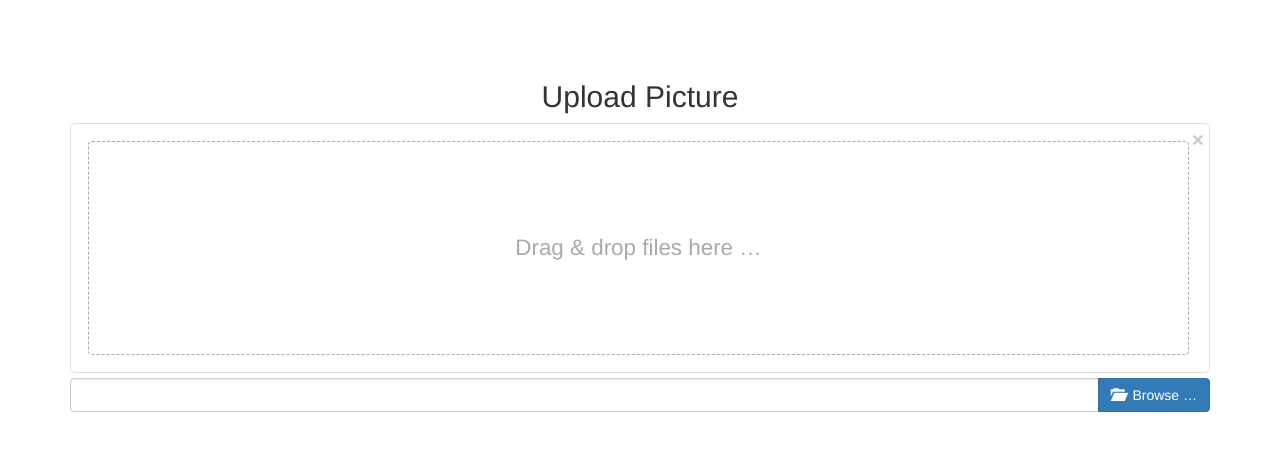
Repository: NeeleshPoojari/Project-2
Page: frontend_project2/WebContent/views/profilepicture.html
These files come from the project's save history. The page is drawn as it stood at one moment and after the next save; the edit follows.
The browser window is 1280 px wide. The pictures show the whole page.
Some web libraries are served in a nearby version.

Above is the page before, as saved 2017-07-16 18:49:01.
Console error (its wording comes from the project's code and is left out).

### frontend_project2/WebContent/views/profilepicture.html
<!DOCTYPE html>
<html>
<head>
<meta charset="ISO-8859-1">
<link
	href="https://maxcdn.bootstrapcdn.com/bootstrap/3.3.7/css/bootstrap.min.css"
	rel="stylesheet">
<script
	src="https://maxcdn.bootstrapcdn.com/bootstrap/3.3.7/js/bootstrap.min.js"
	type="text/javascript"></script>
<script
	src="http://ajax.googleapis.com/ajax/libs/jquery/2.1.1/jquery.min.js"></script>
<script src="https://code.jquery.com/jquery-2.2.1.min.js"></script>

<link href="css/fileinput.css" media="all" rel="stylesheet"
	type="text/css" />

<link href="themes/explorer/theme.css" media="all" rel="stylesheet"
	type="text/css" />


<script src="js/plugins/sortable.js" type="text/javascript"></script>
<script src="js/fileinput.js" type="text/javascript"></script>
<script src="themes/explorer/theme.js" type="text/javascript"></script>
<script
	src="http://ajax.googleapis.com/ajax/libs/jquery/2.1.1/jquery.min.js"></script>

<link
	href="https://maxcdn.bootstrapcdn.com/bootstrap/3.3.7/css/bootstrap.min.css"
	rel="stylesheet">

<script
	src="https://maxcdn.bootstrapcdn.com/bootstrap/3.3.7/js/bootstrap.min.js"
	type="text/javascript"></script>
<link
	href="https://maxcdn.bootstrapcdn.com/font-awesome/4.6.1/css/font-awesome.min.css"
	rel="stylesheet" />

<title>Insert title here</title>
</head>
<body>

     <h2 align="center" style="margin-top: 80px;">Upload Picture</h2>

	<div class="container kv-main">
		<div class="form-group">
			<input class="file" type="file" name="image"
				data-preview-file-type="any"
				data-upload-url="http://localhost:8080/backend_project2/uploadprofilepic">
		</div>
	</div>

</body>
</html>

### frontend_project2/WebContent/css/fileinput.css
/*!
 * bootstrap-fileinput v4.4.0
 * http://plugins.krajee.com/file-input
 *
 * Krajee default styling for bootstrap-fileinput.
 *
 * Author: Kartik Visweswaran
 * Copyright: 2014 - 2017, Kartik Visweswaran, Krajee.com
 *
 * Licensed under the BSD 3-Clause
 * https://github.com/kartik-v/bootstrap-fileinput/blob/master/LICENSE.md
 */
.file-loading {
    top: 0;
    right: 0;
    width: 25px;
    height: 25px;
    font-size: 999px;
    text-align: right;
    color: #fff;
    background: transparent url('../img/loading.gif') top left no-repeat;
    border: none;
}

.file-object {
    margin: 0 0 -5px 0;
    padding: 0;
}

.btn-file {
    position: relative;
    overflow: hidden;
}

.btn-file input[type=file] {
    position: absolute;
    top: 0;
    right: 0;
    min-width: 100%;
    min-height: 100%;
    text-align: right;
    opacity: 0;
    background: none repeat scroll 0 0 transparent;
    cursor: inherit;
    display: block;
}

.file-caption-name {
    display: inline-block;
    overflow: hidden;
    height: 20px;
    word-break: break-all;
}

.input-group-lg .file-caption-name {
    height: 25px;
}

.file-zoom-dialog {
    text-align: left;
}

.file-error-message {
    color: #a94442;
    background-color: #f2dede;
    margin: 5px;
    border: 1px solid #ebccd1;
    border-radius: 4px;
    padding: 15px;
}

.file-error-message pre, .file-error-message ul {
    margin: 0;
    text-align: left;
}

.file-error-message pre {
    margin: 5px 0;
}

.file-caption-disabled {
    background-color: #EEEEEE;
    cursor: not-allowed;
    opacity: 1;
}

.file-preview {
    border-radius: 5px;
    border: 1px solid #ddd;
    padding: 5px;
    width: 100%;
    margin-bottom: 5px;
}

.krajee-default.file-preview-frame {
    position: relative;
    display: table;
    margin: 8px;
    border: 1px solid #ddd;
    box-shadow: 1px 1px 5px 0 #a2958a;
    padding: 6px;
    float: left;
    text-align: center;
}

.krajee-default.file-preview-frame:not(.file-preview-error):hover {
    box-shadow: 3px 3px 5px 0 #333;
}

.krajee-default.file-preview-frame .kv-file-content {
    height: 170px;
}

.krajee-default.file-preview-frame .file-thumbnail-footer {
    height: 70px;
}

.krajee-default .file-preview-image {
    vertical-align: middle;
    image-orientation: from-image;
}

.krajee-default .file-preview-text {
    display: block;
    color: #428bca;
    border: 1px solid #ddd;
    font-family: Menlo, Monaco, Consolas, "Courier New", monospace;
    outline: none;
    padding: 8px;
    resize: none;
}

.krajee-default .file-preview-html {
    border: 1px solid #ddd;
    padding: 8px;
    overflow: auto;
}

.krajee-default[data-template="audio"] .file-preview-audio {
    display: table-cell;
    vertical-align: middle;
    height: 170px;
    border: 1px solid #ddd;
    border-radius: 5px;
}

.krajee-default .file-preview-audio audio {
    vertical-align: middle;
}

.krajee-default .file-zoom-dialog .file-preview-text {
    font-size: 1.2em;
}

.krajee-default .file-preview-other {
    left: 0;
    top: 0;
    right: 0;
    bottom: 0;
    margin: auto;
    text-align: center;
    vertical-align: middle;
    padding: 10px;
}

.krajee-default .file-preview-other:hover {
    opacity: 0.8;
}

.krajee-default .file-actions, .krajee-default .file-other-error {
    text-align: left;
}

.krajee-default .file-other-icon {
    font-size: 8em;
}

.krajee-default .file-actions {
    margin-top: 15px;
}

.krajee-default .file-footer-buttons {
    float: right;
}

.krajee-default .file-footer-caption {
    display: block;
    white-space: nowrap;
    overflow: hidden;
    text-overflow: ellipsis;
    width: 160px;
    text-align: center;
    padding-top: 4px;
    font-size: 11px;
    color: #777;
    margin: 5px auto;
}

.krajee-default .file-preview-error {
    opacity: 0.65;
    box-shadow: none;
}

.krajee-default .file-preview-frame:not(.file-preview-error) .file-footer-caption:hover {
    color: #000;
}

.krajee-default .file-drag-handle, .krajee-default .file-upload-indicator {
    position: absolute;
    text-align: center;
    bottom: -6px;
    left: -6px;
    padding: 8px 8px 1px 3px;
    border-left: none;
    border-bottom: none;
    border-right: 1px solid #8a6d3b;
    border-top: 1px solid #8a6d3b;
    border-top-right-radius: 24px;
    font-size: 12px;
}

.krajee-default .file-drag-handle {
    background-color: #d9edf7;
    border-color: #bce8f1;
}

.krajee-default .file-upload-indicator {
    font-size: 13px;
    background-color: #fcf8e3;
    border-color: #faebcc;
    padding-bottom: 0;
}

.krajee-default.file-preview-error .file-upload-indicator {
    background-color: #f2dede;
    border-color: #ebccd1;
}

.krajee-default.file-preview-success .file-upload-indicator {
    background-color: #dff0d8;
    border-color: #d6e9c6;
}

.krajee-default.file-preview-loading .file-upload-indicator {
    background-color: #e5e5e5;
    border-color: #777;
}

.krajee-default .file-thumb-progress {
    height: 10px;
}

.krajee-default .file-thumb-progress .progress, .krajee-default .file-thumb-progress .progress-bar {
    height: 10px;
    font-size: 9px;
    line-height: 10px;
}

.krajee-default .file-thumbnail-footer {
    position: relative;
}

.krajee-default .file-thumb-progress {
    position: absolute;
    top: 35px;
    left: 0;
    right: 0;
}

.krajee-default.kvsortable-ghost {
    background: #e1edf7;
    border: 2px solid #a1abff;
}

/* noinspection CssOverwrittenProperties */
.file-zoom-dialog .file-other-icon {
    font-size: 22em;
    font-size: 50vmin;
}

.file-input-new .file-preview, .file-input-new .close, .file-input-new .glyphicon-file,
.file-input-new .fileinput-remove-button, .file-input-new .fileinput-upload-button,
.file-input-ajax-new .fileinput-remove-button, .file-input-ajax-new .fileinput-upload-button {
    display: none;
}

.file-caption-main {
    width: 100%;
}

.file-input-ajax-new .no-browse .input-group-btn,
.file-input-new .no-browse .input-group-btn {
    display: none;
}

.file-input-ajax-new .no-browse .form-control,
.file-input-new .no-browse .form-control {
    border-top-right-radius: 4px;
    border-bottom-right-radius: 4px;
}

.file-thumb-loading {
    background: transparent url('../img/loading.gif') no-repeat scroll center center content-box !important;
}

.file-sortable .file-drag-handle {
    cursor: move;
    cursor: -webkit-grabbing;
    opacity: 1;
}

.file-sortable .file-drag-handle:hover {
    opacity: 0.7;
}

.file-drop-zone {
    border: 1px dashed #aaa;
    border-radius: 4px;
    height: 100%;
    text-align: center;
    vertical-align: middle;
    margin: 12px 15px 12px 12px;
    padding: 5px;
}

.file-drop-zone-title {
    color: #aaa;
    font-size: 1.6em;
    padding: 85px 10px;
    cursor: default;
}

.file-preview .clickable,
.clickable .file-drop-zone-title {
    cursor: pointer;
}

.file-drop-zone.clickable:hover {
    border: 2px dashed #999;
}

.file-drop-zone.clickable:focus {
    border: 2px solid #5acde2;
}

.file-drop-zone .file-preview-thumbnails {
    cursor: default;
}

.file-highlighted {
    border: 2px dashed #999 !important;
    background-color: #f0f0f0;
}

.file-uploading {
    background: url('../img/loading-sm.gif') no-repeat center bottom 10px;
    opacity: 0.65;
}

.file-zoom-fullscreen.modal {
    position: fixed;
    top: 0;
    right: 0;
    bottom: 0;
    left: 0;
}

.file-zoom-fullscreen .modal-dialog {
    position: fixed;
    margin: 0;
    width: 100%;
    height: 100%;
    padding: 0;
}

.file-zoom-fullscreen .modal-content {
    border-radius: 0;
    box-shadow: none;
}

.file-zoom-fullscreen .modal-body {
    overflow-y: auto;
}

.file-zoom-dialog .modal-body {
    position: relative !important;
}

.file-zoom-dialog .btn-navigate {
    position: absolute;
    padding: 0;
    margin: 0;
    background: transparent;
    text-decoration: none;
    outline: none;
    opacity: 0.7;
    top: 45%;
    font-size: 4em;
    color: #1c94c4;
}

.file-zoom-dialog .floating-buttons {
    position: absolute;
    top: 5px;
    right: 10px;
}

.floating-buttons, .floating-buttons .btn {
    z-index: 3000;
}

.file-zoom-dialog .kv-zoom-actions .btn,
.floating-buttons .btn {
    margin-left: 3px;
}

.file-zoom-dialog .btn-navigate:not([disabled]):hover,
.file-zoom-dialog .btn-navigate:not([disabled]):focus {
    outline: none;
    box-shadow: none;
    opacity: 0.5;
}

.file-zoom-dialog .btn-navigate[disabled] {
    opacity: 0.3;
}

.file-zoom-dialog .btn-prev {
    left: 1px;
}

.file-zoom-dialog .btn-next {
    right: 1px;
}

.file-zoom-content {
    height: 480px;
    text-align: center;
}

.file-zoom-content .file-preview-image,
.file-zoom-content .file-preview-video {
    max-height: 100%
}

.file-zoom-content > .file-object.type-image {
    width: auto;
    height: auto;
    min-height: inherit;
    max-width: 100%;
    max-height: 100%;
}

.file-zoom-content > .file-object.type-video,
.file-zoom-content > .file-object.type-flash {
    width: auto;
    height: 100%;
    max-width: 100%;
    max-height: 100%;
}

.file-zoom-content > .file-object.type-audio {
    width: auto;
    height: 30px;
}

.file-zoom-content > .file-object.type-pdf,
.file-zoom-content > .file-object.type-html,
.file-zoom-content > .file-object.type-text,
.file-zoom-content > .file-object.type-default {
    width: 100%;
}

.file-preview-initial.sortable-chosen {
    background-color: #d9edf7;
}

/* IE 10 fix */
.btn-file ::-ms-browse {
    width: 100%;
    height: 100%;
}

### frontend_project2/WebContent/themes/explorer/theme.css
/*!
 * bootstrap-fileinput v4.4.0
 * http://plugins.krajee.com/file-input
 *
 * Krajee Explorer theme style for bootstrap-fileinput. Load this theme file after loading `fileinput.css`.
 *
 * Author: Kartik Visweswaran
 * Copyright: 2014 - 2017, Kartik Visweswaran, Krajee.com
 *
 * Licensed under the BSD 3-Clause
 * https://github.com/kartik-v/bootstrap-fileinput/blob/master/LICENSE.md
 */
.theme-explorer .file-preview .table {
    margin: 0;
}

.theme-explorer .explorer-frame td {
    vertical-align: middle;
    text-align: left;
}

.explorer-frame .file-preview-text {
    display: inline-block;
    color: #428bca;
    border: 1px solid #ddd;
    font-family: Menlo, Monaco, Consolas, "Courier New", monospace;
    outline: none;
    padding: 8px;
    resize: none;
}

.explorer-frame .file-preview-html {
    display: inline-block;
    border: 1px solid #ddd;
    padding: 8px;
    overflow: auto;
}

.explorer-frame .file-preview-other {
    text-align: center;
}

.explorer-frame .file-other-icon {
    font-size: 4.2em;
}

.theme-explorer .explorer-frame .kv-file-content {
    width: 80px;
    height: 80px;
    padding: 5px;
    text-align: center;
}

.theme-explorer .file-actions-cell {
    width: 100px;
    padding: 0;
}

.theme-explorer .file-thumb-progress .progress {
    display: block;
    margin-top: 5px;
}

.theme-explorer .file-thumb-progress .progress, .theme-explorer .file-thumb-progress .progress-bar {
    height: 13px;
    font-size: 11px;
    line-height: 13px;
}

.theme-explorer .file-actions-cell {
    position: relative;
}

.theme-explorer .file-upload-indicator, .theme-explorer .file-drag-handle {
    position: absolute;
    text-align: center;
    top: 0;
    right: 0;
    padding-left: 5px;
    padding-right: 2px;
    border-right: none;
    border-top: none;
    border-left: 1px solid #8a6d3b;
    border-bottom: 1px solid #8a6d3b;
    border-bottom-left-radius: 11px;
    font-size: 12px;
}

.theme-explorer .explorer-caption {
    display: block;
    color: #777;
}

.theme-explorer .file-actions {
    text-align: center;
}

.theme-explorer .kvsortable-ghost {
    opacity: 0.6;
    background: #e1edf7;
    border: 2px solid #a1abff;
}

@media only screen and (max-device-width: 500px) {
    .theme-explorer .file-upload-indicator, .theme-explorer .file-drag-handle {
        border-radius: 0;
        border: 1px solid #8a6d3b;
        margin-bottom: 5px;
    }

    .theme-explorer .explorer-caption {
        display: block;
        white-space: nowrap;
        overflow: hidden;
        text-overflow: ellipsis;
        width: 160px;
        text-align: left;
        color: #777;
    }
}

.theme-explorer .file-upload-indicator {
    font-size: 13px;
    padding-left: 6px;
    background-color: #fcf8e3;
    border-color: #faebcc;
}

.theme-explorer .file-drag-handle {
    right: -2px;
    background-color: #d9edf7;
    border-color: #bce8f1;
}

.theme-explorer .file-preview-error .file-upload-indicator {
    background-color: #f2dede;
    border-color: #ebccd1;
}

.theme-explorer .file-preview-success .file-upload-indicator {
    background-color: #dff0d8;
    border-color: #d6e9c6;
}

.theme-explorer .file-preview-loading .file-upload-indicator {
    background-color: #e5e5e5;
    border-color: #777;
}

### frontend_project2/WebContent/themes/explorer/theme.js
/*!
 * bootstrap-fileinput v4.4.0
 * http://plugins.krajee.com/file-input
 *
 * Krajee Explorer theme configuration for bootstrap-fileinput. Load this theme file after loading `fileinput.js`.
 *
 * Author: Kartik Visweswaran
 * Copyright: 2014 - 2017, Kartik Visweswaran, Krajee.com
 *
 * Licensed under the BSD 3-Clause
 * https://github.com/kartik-v/bootstrap-fileinput/blob/master/LICENSE.md
 */
(function ($) {
    "use strict";
    var teTagBef = '<tr class="file-preview-frame {frameClass}" id="{previewId}" data-fileindex="{fileindex}"' +
        ' data-template="{template}"', teContent = '<td class="kv-file-content">\n';
    $.fn.fileinputThemes.explorer = {
        layoutTemplates: {
            preview: '<div class="file-preview {class}">\n' +
            '    {close}' +
            '    <div class="{dropClass}">\n' +
            '    <table class="table table-bordered table-hover"><tbody class="file-preview-thumbnails">\n' +
            '    </tbody></table>\n' +
            '    <div class="clearfix"></div>' +
            '    <div class="file-preview-status text-center text-success"></div>\n' +
            '    <div class="kv-fileinput-error"></div>\n' +
            '    </div>\n' +
            '</div>',
            footer: '<td class="file-details-cell"><div class="explorer-caption" title="{caption}">{caption}</div> ' +
            '{size}{progress}</td><td class="file-actions-cell">{actions}</td>',
            actions: '<div class="file-upload-indicator" title="{indicatorTitle}">{indicator}</div>\n' +
            '{drag}\n' +
            '<div class="file-actions">\n' +
            '    <div class="file-footer-buttons">\n' +
            '        {upload} {delete} {zoom} {other} ' +
            '    </div>\n' +
            '</div>',
            zoomCache: '<tr style="display:none" class="kv-zoom-cache-theme"><td>' +
            '<table class="kv-zoom-cache">{zoomContent}</table></td></tr>'
        },
        previewMarkupTags: {
            tagBefore1: teTagBef + '>' + teContent,
            tagBefore2: teTagBef + ' title="{caption}" style="width:{width};height:{height};">' + teContent,
            tagAfter: '</td>\n{footer}</tr>\n'
        },
        previewSettings: {
            image: {height: "60px"},
            html: {width: "100px", height: "60px"},
            text: {width: "100px", height: "60px"},
            video: {width: "auto", height: "60px"},
            audio: {width: "auto", height: "60px"},
            flash: {width: "100%", height: "60px"},
            object: {width: "100%", height: "60px"},
            pdf: {width: "100px", height: "60px"},
            other: {width: "100%", height: "60px"}
        },
        frameClass: 'explorer-frame'
    };
})(window.jQuery);

Loaded but not shown: frontend_project2/WebContent/js/plugins/sortable.js (library); frontend_project2/WebContent/js/fileinput.js (library)

After the next save:
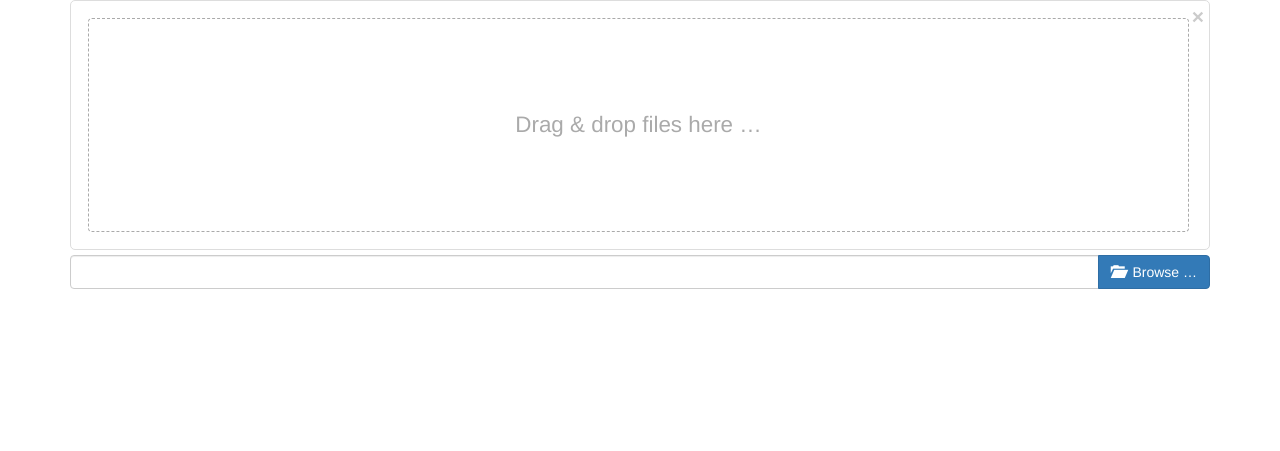
Saved 11 h 33 min later.
--- a/frontend_project2/WebContent/views/profilepicture.html
+++ b/frontend_project2/WebContent/views/profilepicture.html
@@ -40,7 +40,7 @@
 </head>
 <body>
 
-     <h2 align="center" style="margin-top: 80px;">Upload Picture</h2>
+    <!--  <h2 align="center" style="margin-top: 80px;">Upload Picture</h2> -->
 
 	<div class="container kv-main">
 		<div class="form-group">
